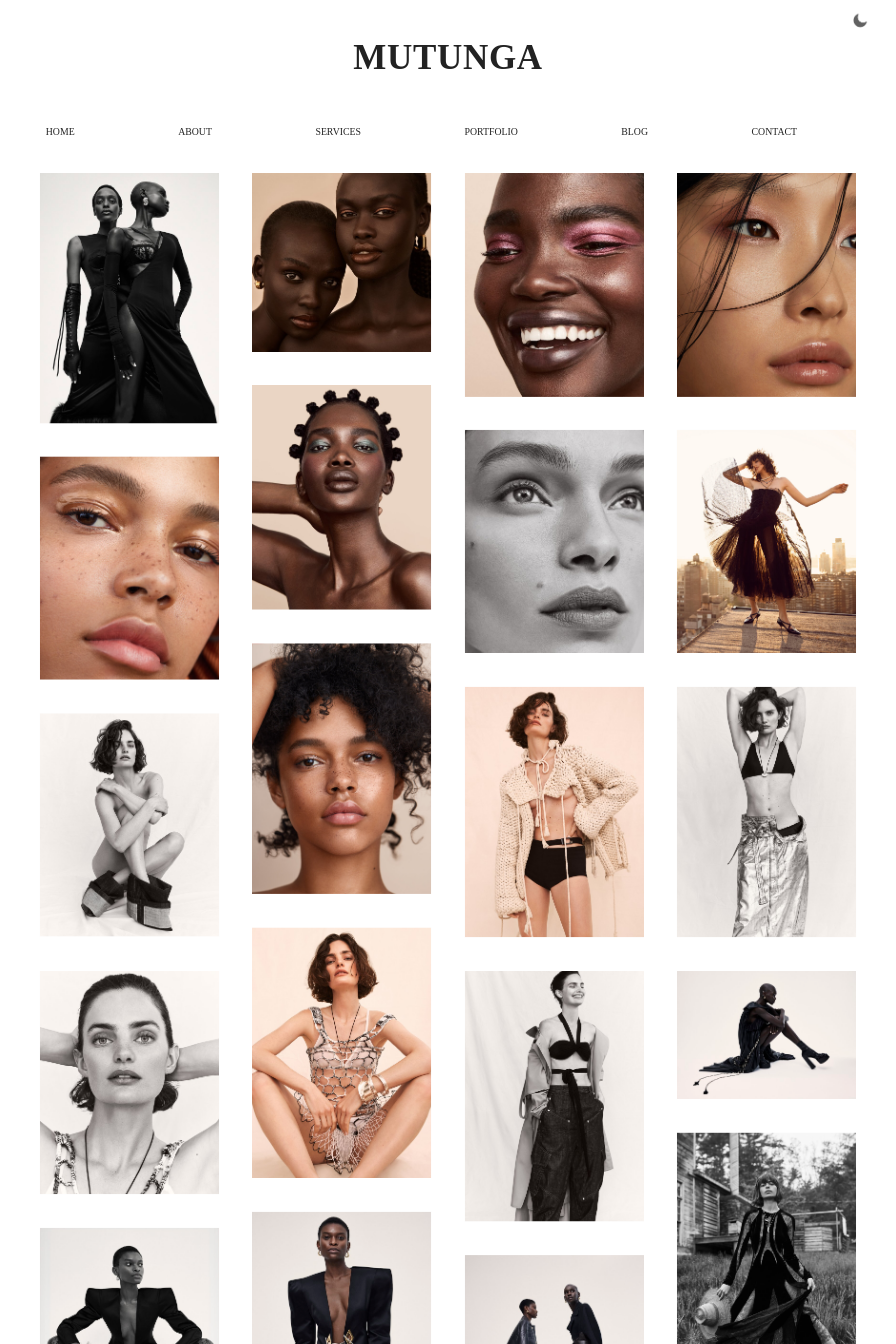
Repository: Jonar254/mutunga-concept-01
Page: index.html
An editor plug-in stored every save of this project. The page is shown before and after the next save, followed by the edit.
The browser window is 1280 px wide. The pictures show the part of the page from y = 0 to 1920 px (the page is 5146 px tall), at 70% of full size.
Some web fonts or font styles are not loaded; a fallback is used.

Above is the page before, as saved 2024-07-11 12:08:25.

After the next save:
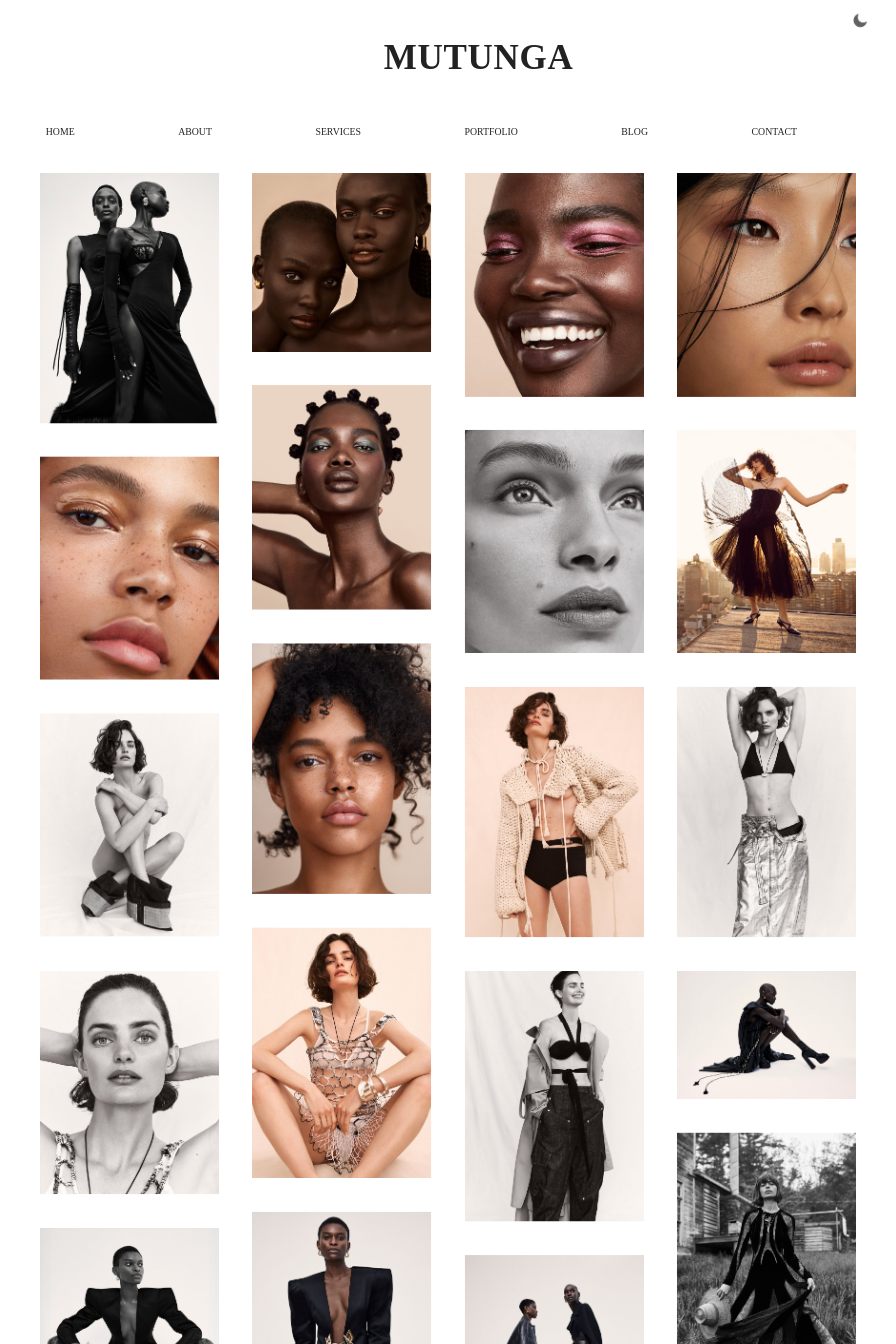
Saved 9 s later.
--- a/index.html
+++ b/index.html
@@ -64,7 +64,7 @@
         <header id="header" class="header-section">
             <div class="container-fluid">
                 <div class="row d-flex flex-column align-items-center ">
-                    <div class="col-12 text-center pt-lg-5 pb-lg-5">
+                    <div class="col-lg-2 col-md-3 col-sm-4 col-6 text-center pt-lg-5 pb-lg-5">
                         <div class="site-branding">
                             <a href="index.html"><h2 class="site-title">MUTUNGA</h2></a>
                         </div>

After the 3 saves that followed:
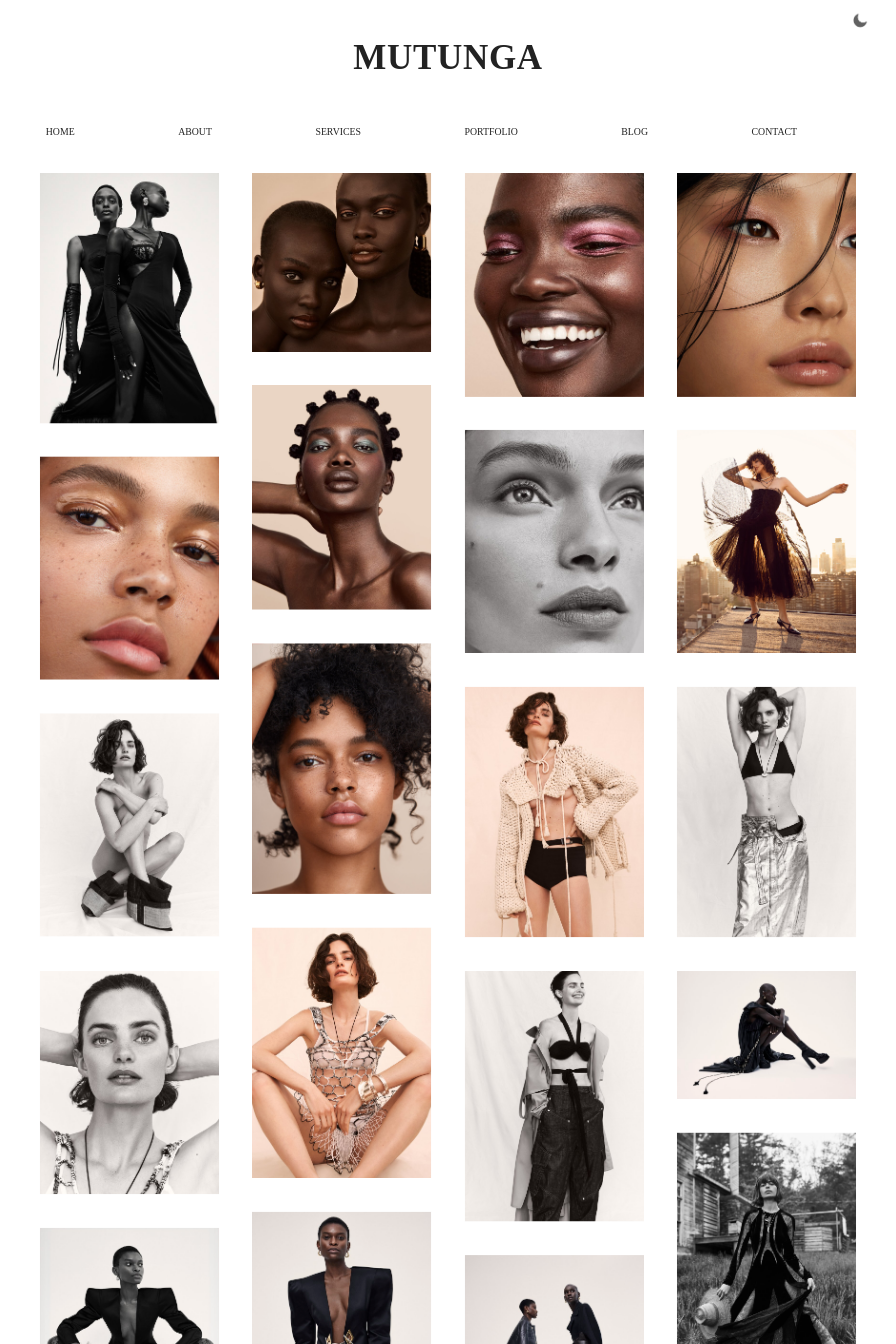
The 3 saves are shown as one change because they came seconds apart.
The last was saved 42 s later.
--- a/index.html
+++ b/index.html
@@ -64,7 +64,7 @@
         <header id="header" class="header-section">
             <div class="container-fluid">
                 <div class="row d-flex flex-column align-items-center ">
-                    <div class="col-lg-2 col-md-3 col-sm-4 col-6 text-center pt-lg-5 pb-lg-5">
+                    <div class="col-12 text-center pt-lg-5 pb-lg-5">
                         <div class="site-branding">
                             <a href="index.html"><h2 class="site-title">MUTUNGA</h2></a>
                         </div>
